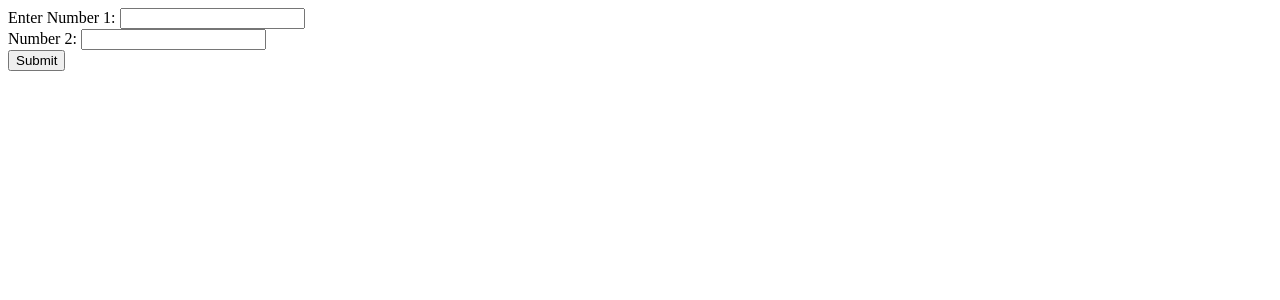
Repository: amitshinde1911/TD-Java-Training
Page: JDBC,Servlet and JSP/ServletBasics/src/main/webapp/numbers.html
These files come from the project's save history. The page is drawn as it stood at one moment and after the next save; the edit follows.
The browser window is 1280 px wide. The pictures show the whole page.

Above is the page before, as saved 2024-12-02 14:30:46.

### JDBC,Servlet and JSP/ServletBasics/src/main/webapp/numbers.html
<!DOCTYPE html>
<html>
<head>
<meta charset="UTF-8">
<title>Addition</title>
</head>
<body>
<form>
Enter Number 1: <input type= "text" name="number1"/></br>
Number 2: <input type= "text" name="number2"/></br>
<input type="submit" name="submit">
</form>

</body>
</html>

After the next save:
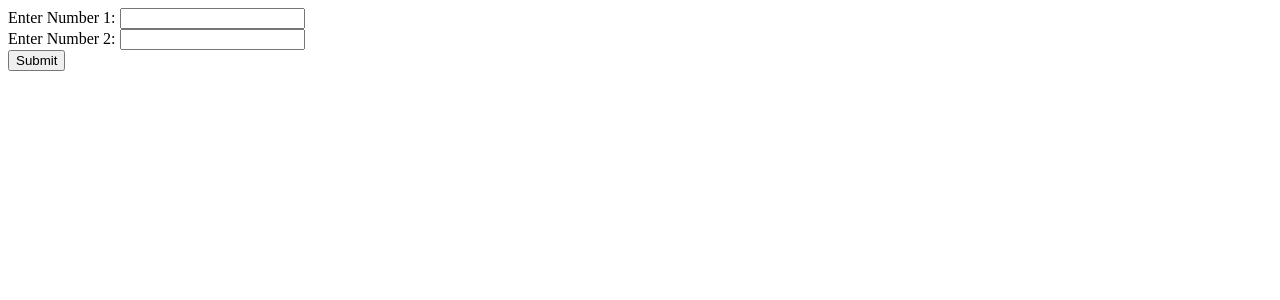
Saved 102 s later.
--- a/JDBC,Servlet and JSP/ServletBasics/src/main/webapp/numbers.html
+++ b/JDBC,Servlet and JSP/ServletBasics/src/main/webapp/numbers.html
@@ -5,9 +5,9 @@
 <title>Addition</title>
 </head>
 <body>
-<form>
+<form action="additionServlet">
 Enter Number 1: <input type= "text" name="number1"/></br>
-Number 2: <input type= "text" name="number2"/></br>
+Enter Number 2: <input type= "text" name="number2"/></br>
 <input type="submit" name="submit">
 </form>
 
